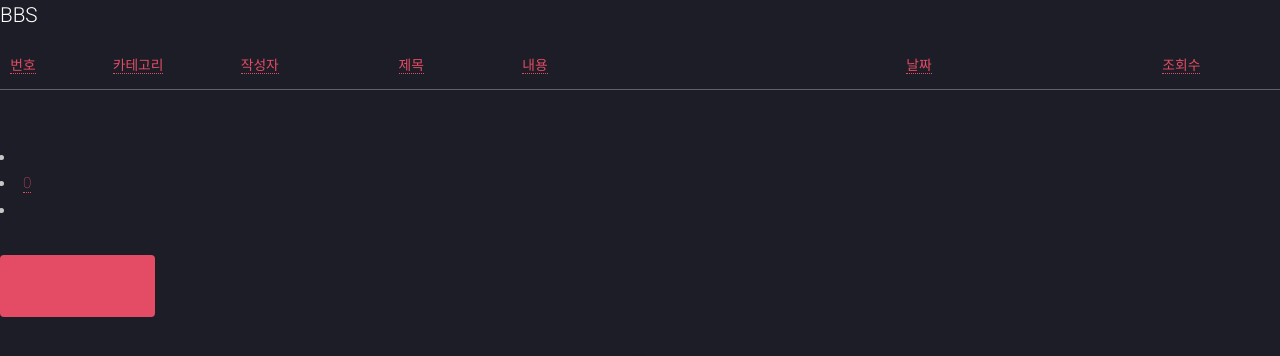
Repository: worMholEamkim/SpringEX
Page: http://localhost/bbs/bbs.do?page=0
The author's editor kept a copy of each file at every save. The page is drawn from the files as they stood at one save, then again after the next save.
The browser window is 1280 px wide. The pictures show the whole page.
The page is served by Tomcat 9. Other server files are loaded and not shown. Queries for data that is not in the repository find no rows.

Above is the page before, as saved 2019-03-15 03:17:59.

### JSP_WepPage_Server-master.zip_expanded/JSP_WepPage_Server-master/bbs/WebContent/WEB-INF/bbs.jsp
<%@ page language="java" contentType="text/html; charset=UTF-8"
    pageEncoding="UTF-8"%>
<%@ taglib prefix="c" uri="http://java.sun.com/jsp/jstl/core"%>
<!DOCTYPE HTML>
<html>
	<head>
		<title>Landed by HTML5 UP</title>
		<meta charset="utf-8" />
		<meta name="viewport" content="width=device-width, initial-scale=1, user-scalable=no" />
		<link rel="stylesheet" href="assets/css/main.css" />
	</head>
		<body class="is-preload landing">
						<!-- Table -->
							<section>
								<h3>BBS</h3>
								<div class="table-wrapper">
									<table>
										<thead>
											<tr>
												<th width="8%" align="center">
													<a href='bbs.do?id=BBSID'>번호</a></th>
												<th width="10%" align="center">
													<a href='bbs.do?id=BBSCATEGORY'>카테고리</a></th>
												<th align="center">
													<a href='bbs.do?id=ID'>작성자</a></th>
												<th align="center">
													<a href='bbs.do?id=BBSTITLE'>제목</a></th>
												<th width="30%" align="center">
													<a href='bbs.do?id=BBSCONTENT'>내용</a></th>
												<th width="20%" align="center">
													<a href='bbs.do?id=BBSDATE'>날짜</a></th>
												<th width="10%" align="center">
													<a href='bbs.do?id=BBSHIT'>조회수</a></th>

											</tr>
										</thead>
										<tbody>
											<c:forEach var="bbs" items="${list}" >
												<td align="center"><a href='bbsview.do?id=${bbs.bbsId}'>${bbs.bbsId}</a></td>
												<td align="right"><c:choose>
													<c:when test="${bbs.bbsCategory=='math'}">수학</c:when>
													<c:when test="${bbs.bbsCategory=='enjoy'}">여행</c:when>
													<c:when test="${bbs.bbsCategory=='pic'}">사진</c:when>
													<c:when test="${bbs.bbsCategory=='java'}">java</c:when>
													<c:when test="${bbs.bbsCategory=='web'}">웹프로그래밍</c:when>
													<c:when test="${bbs.bbsCategory=='estate'}">부동산</c:when>
													<c:when test="${bbs.bbsCategory=='food'}">음식</c:when>
													<c:when test="${bbs.bbsCategory=='common'}">상식</c:when>

													</c:choose></td>
												<td align="right">${bbs.id}</td>
												<td align="right"><a href='bbsview.do?id=${bbs.bbsId}'>
														<b>${bbs.bbsTitle}</b> </a></td>
												<td align="right"><a href='bbsview.do?id=${bbs.bbsId}'>
														<b>${bbs.bbsContent} </b></a></td>
												<td align="right">${bbs.bbsDate}</td>
												<td align="right">${bbs.bbsHit}</td>
												</tr>
											</c:forEach>
										</tbody>

										<tfoot>
											<tr>
												<td colspan="2"></td>
											</tr>
										</tfoot>
									</table>
									<ul class="pager">
										<li class="previous">
											<c:if test='${startPage>1}'>
												<!--  test 뒷부분에 조건을 단다  -->
												<a href='bbs.do?page=${startPage-10}'>이전</a>
											</c:if>
										</li>
										<li>
											<c:forEach begin="${startPage}" end="${endPage}" var="p">
												<a href='bbs.do?page=${p}'>${p}</a>
											</c:forEach>
										</li>
										<li class="next">
											<c:if test='${hasNext==true}'>
												<a href='bbs.do?page=${startPage+10}'>다음</a>
											</c:if>
										</li>
									</ul>
								</div>
								<c:if test='${sessionID!=null}'>
									<div class="w3-panel">
										<button class="button primary large" style="color:white">
											<a href='bbsupload2.do'>WRITE</a>
										</button>
									</div>
								</c:if>
								<div class="w3-panel">
									<button class="button primary large" style="color:white">
										<a href='home.do'>HOME</a>
									</button>
								</div>
								<div align="center">

									<c:if test='${resultBbs >= 1}'>
										<div class="w3-panel">
											<button class="w3-button w3-black" width="10%">
												글쓰기 성공
											</button>
										</div>
									</c:if>
									<c:if test='${resultBbs < 1}'>
										<div class="w3-panel">
											<button class="w3-button w3-red" width="10%">
											 글쓰기 실패
											</button>
										</div>
									</c:if>

									<c:if test='${deleteResult >= 1}'>
										<div class="w3-panel">
											<button class="w3-button w3-black" width="10%">
												글삭제 성공
											</button>
										</div>
									</c:if>
									<c:if test='${deleteResult < 1}'>
										<div class="w3-panel">
											<button class="w3-button w3-red" width="10%">
											 글삭제 실패
											</button>
										</div>
									</c:if>

										<c:if test='${updateBbsResult >= 1}'>
										<div class="w3-panel">
											<button class="w3-button w3-black" width="10%">
												글수정 성공
											</button>
										</div>
									</c:if>
									<c:if test='${updateBbsResult < 1}'>
										<div class="w3-panel">
											<button class="w3-button w3-red" width="10%">
											 글수정 실패
											</button>
										</div>
									</c:if>
								</div>

							</section>








		<!-- Scripts -->
			<script src="assets/js/jquery.min.js"></script>
			<script src="assets/js/jquery.scrolly.min.js"></script>
			<script src="assets/js/jquery.dropotron.min.js"></script>
			<script src="assets/js/jquery.scrollex.min.js"></script>
			<script src="assets/js/browser.min.js"></script>
			<script src="assets/js/breakpoints.min.js"></script>
			<script src="assets/js/util.js"></script>
			<script src="assets/js/main.js"></script>


	</body>
</html>

### JSP_WepPage_Server-master.zip_expanded/JSP_WepPage_Server-master/bbs/src/com/jsp/controller/BbsController.java
package com.jsp.controller;

import java.io.IOException;
import java.util.List;

import javax.servlet.RequestDispatcher;
import javax.servlet.ServletException;
import javax.servlet.http.HttpServlet;
import javax.servlet.http.HttpServletRequest;
import javax.servlet.http.HttpServletResponse;

import com.jsp.dao.BbsDao;
import com.jsp.dto.BbsDto;

public class BbsController extends HttpServlet {

	@Override
	protected void doGet(HttpServletRequest req, HttpServletResponse resp) throws ServletException, IOException {
		process(req, resp);
	}

	@Override
	protected void doPost(HttpServletRequest req, HttpServletResponse resp) throws ServletException, IOException {
		process(req, resp);
	}
	private void process(HttpServletRequest req, HttpServletResponse resp) throws ServletException, IOException {

		String page = req.getParameter("page");
		String bbsColum = req.getParameter("id");

		if(bbsColum==null || bbsColum.trim().contentEquals("")) {
			bbsColum="BBSID";
		}
		if(page==null || page.trim().contentEquals("")) {
			page="1";
		}
		int nowPage = Integer.parseInt(page);

		int startNum = 0;

		int endNum = 0;

		int perpage = 20;

		endNum = 0;
		startNum = endNum - 19;

		BbsDao bbsDao = BbsDao.getInstance();
		List<BbsDto> list = bbsDao.selectAll(startNum, perpage);

		req.setAttribute("list", list);


		RequestDispatcher rd = req.getRequestDispatcher(
				"/WEB-INF/bbs.jsp");
		rd.forward(req, resp);
	}
}

### JSP_WepPage_Server-master.zip_expanded/JSP_WepPage_Server-master/bbs/src/com/jsp/dao/BbsDao.java
package com.jsp.dao;

import java.sql.Connection;
import java.sql.DriverManager;
import java.sql.PreparedStatement;
import java.sql.ResultSet;
import java.sql.SQLException;
import java.util.ArrayList;
import java.util.List;

import com.jsp.dto.BbsDto;

public class BbsDao {

	private static BbsDao bbsDao;
	private Connection conn;
	private PreparedStatement pstmt;
	private int result;
	private ResultSet rs;
	private List<BbsDto> bbsList;


	private BbsDao() {
	}



	public static synchronized BbsDao getInstance() {
		if(bbsDao == null) {
			bbsDao = new BbsDao();
	}
		return bbsDao;
	}
	public Connection getConnect() {
		String url = "jdbc:oracle:thin:@localhost:1521:xe";
		String id = "BIG";
		String pw ="1234";
		try {
			Class.forName("core.log.jdbc.driver.OracleDriver");
			conn = DriverManager.getConnection(url, id, pw);

		} catch(ClassNotFoundException e) {
			e.printStackTrace();
		} catch(SQLException e) {
			e.printStackTrace();
		}
		return conn;
	}

	public BbsDto selectById(String id) {

		// id 확인
		//System.out.println("dao에서 id = " + id);
		BbsDto bbsDto = new BbsDto();
		//System.out.println("왜");
		conn = this.getConnect();
		//System.out.println("에러가난거야 쉬뱌ㅠㅠ");

		StringBuffer query = new StringBuffer();
		query.append("SELECT *");
		query.append(" FROM BBS");
		query.append(" WHERE BBSID=? ");

		try {
			//System.out.println("양심적으로 try문은 들어가야지?");
			pstmt = conn.prepareStatement(query.toString());
			pstmt.setString(1, id);

			//System.out.println("설마 여긴가?");
			rs = pstmt.executeQuery();
			// rs 확인
			//System.out.println("dao에서 " + rs);
			while (rs.next()) {

				bbsDto.setId(rs.getString("ID"));
				bbsDto.setBbsId(rs.getString("BBSID"));
				bbsDto.setBbsTitle(rs.getString("BBSTITLE"));
				bbsDto.setBbsDate(rs.getString("BBSDATE"));
				bbsDto.setBbsCategory(rs.getString("BBSCATEGORY"));
				bbsDto.setBbsContent(rs.getString("BBSCONTENT"));
				bbsDto.setBbsHit(rs.getString("BBSHIT"));
				//System.out.println(bbsDto.toString());
			}
		} catch (SQLException e) {

		} finally {
			this.close(conn, pstmt, null);
		}
		return bbsDto;
	}


	public BbsDto selectBeforeById(String id) {

		BbsDto bbsDto = new BbsDto();
		conn = this.getConnect();
		StringBuffer query = new StringBuffer();

		query.append("SELECT * FROM BBS WHERE BBSID IN ");
		query.append(" ((SELECT MAX(BBSID) FROM BBS ");
		query.append(" WHERE BBSID < ? ))");
		try {
			pstmt = conn.prepareStatement(query.toString());
			pstmt.setString(1, id);
			rs = pstmt.executeQuery();

			while(rs.next()) {
				bbsDto.setId(rs.getString("ID"));
				bbsDto.setBbsId(rs.getString("BBSID"));
				bbsDto.setBbsTitle(rs.getString("BBSTITLE"));
				bbsDto.setBbsDate(rs.getString("BBSDATE"));
				bbsDto.setBbsCategory(rs.getString("BBSCATEGORY"));
				bbsDto.setBbsContent(rs.getString("BBSCONTENT"));
				bbsDto.setBbsHit(rs.getString("BBSHIT"));
			}
		} catch (SQLException e) {

		} finally {
			this.close(conn, pstmt, null);
		}
		return bbsDto;
	}


	public BbsDto selectAfterById(String id) {

		BbsDto	bbsDto = new BbsDto();
		conn = this.getConnect();
		StringBuffer query = new StringBuffer();

		query.append("SELECT * FROM BBS WHERE BBSID IN ");
		query.append(" ((SELECT MIN(BBSID) FROM BBS ");
		query.append(" WHERE BBSID > ? )) ");
		try {
			pstmt = conn.prepareStatement(query.toString());
			pstmt.setString(1, id);
			rs = pstmt.executeQuery();

			while(rs.next()) {
				bbsDto.setId(rs.getString("ID"));
				bbsDto.setBbsId(rs.getString("BBSID"));
				bbsDto.setBbsTitle(rs.getString("BBSTITLE"));
				bbsDto.setBbsDate(rs.getString("BBSDATE"));
				bbsDto.setBbsCategory(rs.getString("BBSCATEGORY"));
				bbsDto.setBbsContent(rs.getString("BBSCONTENT"));
				bbsDto.setBbsHit(rs.getString("BBSHIT"));
			}
		} catch (SQLException e) {

		} finally {
			this.close(conn, pstmt, null);
		}
		return bbsDto;
	}


	public int hitUpdate(String id) {

		conn = this.getConnect();
		StringBuffer query = new StringBuffer();
		query.append("UPDATE BBS SET BBSHIT = BBSHIT +1 WHERE BBSID=?");
			try {
				pstmt = conn.prepareStatement(query.toString());
				pstmt.setString(1, id);
				result = pstmt.executeUpdate();
			} catch(SQLException e1) {
	}
			finally {
				this.close(conn, pstmt, null);
			}
			return result;
	}

	public int hitUpdate(Connection conn, String id) {

			conn = this.getConnect();
			StringBuffer query = new StringBuffer();
			query.append("UPDATE BBS SET BBSHIT = BBSHIT +1 WHERE BBSID=?");
				try {
					pstmt = conn.prepareStatement(query.toString());
					pstmt.setString(1, id);
					result = pstmt.executeUpdate();
				} catch(SQLException e1) {
		}
				finally {
					this.close(conn, pstmt, null);
				}
				return result;
		}



	public int update(BbsDto bbsDto) {

		conn = this.getConnect();
		StringBuffer query = new StringBuffer();
		query.append("UPDATE BBS SET ");
		query.append(" BBTITLE=?, BBSCATEGORY=?, BBSCONTENT=?");
		query.append(" WHERE BBSID=?");
			try {
				pstmt = conn.prepareStatement(query.toString());
				pstmt.setString(1, bbsDto.getBbsTitle());
				pstmt.setString(2, bbsDto.getBbsCategory());
				pstmt.setString(3, bbsDto.getBbsContent());
				pstmt.setString(4, bbsDto.getBbsId());

				result = pstmt.executeUpdate();
			} catch (SQLException e1) {

			} finally {
				this.close(conn, pstmt, null);
			}
			return result;
	}


	public int insert(BbsDto bbsDto) {

		conn = this.getConnect();
		StringBuffer query = new StringBuffer();
		query.append("INSERT INTO BBS(BBSID, ID, BBSTITLE, BBSDATE, BBSCATEGORY, BBSCONTENT, BBSHIT)");
		query.append(" VALUES (bbs_seq.nextval ,? ,? ,sysdate,? ,? ,0 )");

		try {
			pstmt = conn.prepareStatement(query.toString());
			pstmt.setString(1, bbsDto.getId());
			pstmt.setString(2, bbsDto.getBbsTitle());
			pstmt.setString(3, bbsDto.getBbsCategory());
			pstmt.setString(4, bbsDto.getBbsContent());

			result = pstmt.executeUpdate();

		} catch (SQLException e) {
			e.printStackTrace();
		} finally {
			this.close(conn, pstmt, null);
		}
		return result;
	}


	public int insertOracle(BbsDto bbsDto) {

		conn = this.getConnect();
		StringBuffer query = new StringBuffer();
		query.append("INSERT INTO BBS(BBSID, ID, BBSTITLE, BBSDATE, BBSCATEGORY, BBSCONTENT, BBSHIT)");
		query.append(" VALUES(BBS_SEQ.BEXTVAL, ? ,? ,NOW(), ?, ?, 0 )");

		try {
			pstmt = conn.prepareStatement(query.toString());
			pstmt.setString(1,  bbsDto.getId());
			pstmt.setString(2,  bbsDto.getBbsTitle());
			pstmt.setString(3,  bbsDto.getBbsCategory());
			pstmt.setString(4,  bbsDto.getBbsContent());

			result = pstmt.executeUpdate();
		} catch (SQLException e) {
			e.printStackTrace();
		} finally {
			this.close(conn, pstmt, null);
		}
		return result;
	}


	public List<BbsDto> selectAll(int startNum, int perpage) {
		bbsList = new ArrayList<>();
		conn = this.getConnect();
		StringBuffer query = new StringBuffer();
		query.append("SELECT T2.*");
		query.append("	FROM (SELECT ROWNUM R2, T.*");
		query.append("	FROM (SELECT BBSID, ID, substr(BBSTITLE, 1, 10) BBSTITLE, BBSDATE,");
		query.append("BBSCATEGORY, substr(BBSCONTENT, 1, 15) BBSCONTENT, BBSHIT ");
		query.append(" FROM BBS ORDER BY BBSID DESC ) T) T2 ");
		query.append("WHERE T2.R2 BETWEEN ? AND ?");

		try {
			pstmt = conn.prepareStatement(query.toString());
			pstmt.setInt(1, startNum - 1);
			pstmt.setInt(2, perpage);


			rs = pstmt.executeQuery();
			while (rs.next()) {
				BbsDto bbsDto = new BbsDto();

				bbsDto.setId(rs.getString("ID"));
				bbsDto.setBbsId(rs.getString("BBSID"));
				bbsDto.setBbsTitle(rs.getString("BBSTITLE"));
				bbsDto.setBbsDate(rs.getString("BBSDATE"));
				bbsDto.setBbsCategory(rs.getString("BBSCATEGORY"));
				bbsDto.setBbsContent(rs.getString("BBSCONTENT"));
				bbsDto.setBbsHit(rs.getString("BBSHIT"));

				bbsList.add(bbsDto);
			}
			} catch(SQLException e) {
				e.printStackTrace();
		}	return bbsList;
}


	public int delete(int id) {

		conn = this.getConnect();
		StringBuffer query = new StringBuffer();

		try {

			query.append("DELETE FROM BBS");
			query.append(" WHERE BBSID = ?");
			pstmt = conn.prepareStatement(query.toString());
			pstmt.setInt(1,  id);
			int result = pstmt.executeUpdate();

			return result;
		} catch (SQLException e) {
			e.printStackTrace();
		} finally {
			this.close(conn, pstmt, null);
		}
		return -1;
	}



	public int getTotalCount() {

		conn = this.getConnect();
		StringBuffer query = new StringBuffer();
		query.append("SELECT count(*)");
		query.append(" FROM BBS");

		try {
			pstmt = conn.prepareStatement(query.toString());
			rs = pstmt.executeQuery();

			if(rs.next()) {
				return rs.getInt("count(*)");
			}
		} catch (SQLException e) {
			e.printStackTrace();
		} finally {
			this.close(conn, pstmt, rs);
		}
		return -1;
	}


	public void close(Connection conn, PreparedStatement stmt, ResultSet rs) {
		if (rs != null) {
			try {
				rs.close();
			} catch (SQLException e) {
			}
		}
		if (stmt != null) {
			try {
				stmt.close();
			} catch (SQLException e) {
			}
		}
		if (conn != null) {
			try {
				conn.close();
			} catch (SQLException e) {
			}
		}
	}

	public static void main(String[] args) {
		BbsDao mDao = BbsDao.getInstance();
	}


}

Loaded but not shown: JSP_WepPage_Server-master.zip_expanded/JSP_WepPage_Server-master/bbs/WebContent/assets/js/jquery.min.js (library); JSP_WepPage_Server-master.zip_expanded/JSP_WepPage_Server-master/bbs/WebContent/assets/js/jquery.scrolly.min.js (common file); JSP_WepPage_Server-master.zip_expanded/JSP_WepPage_Server-master/bbs/WebContent/assets/js/jquery.dropotron.min.js (library); JSP_WepPage_Server-master.zip_expanded/JSP_WepPage_Server-master/bbs/WebContent/assets/js/jquery.scrollex.min.js (common file); JSP_WepPage_Server-master.zip_expanded/JSP_WepPage_Server-master/bbs/WebContent/assets/js/browser.min.js (common file); JSP_WepPage_Server-master.zip_expanded/JSP_WepPage_Server-master/bbs/WebContent/assets/js/breakpoints.min.js (common file); JSP_WepPage_Server-master.zip_expanded/JSP_WepPage_Server-master/bbs/WebContent/assets/css/font-awesome.min.css (library); JSP_WepPage_Server-master.zip_expanded/JSP_WepPage_Server-master/bbs/WebContent/assets/js/util.js (587 lines, source omitted); JSP_WepPage_Server-master.zip_expanded/JSP_WepPage_Server-master/bbs/WebContent/assets/js/main.js (250 lines, source omitted); JSP_WepPage_Server-master.zip_expanded/JSP_WepPage_Server-master/bbs/WebContent/assets/css/main.css (4070 lines, source omitted)

After the next save:
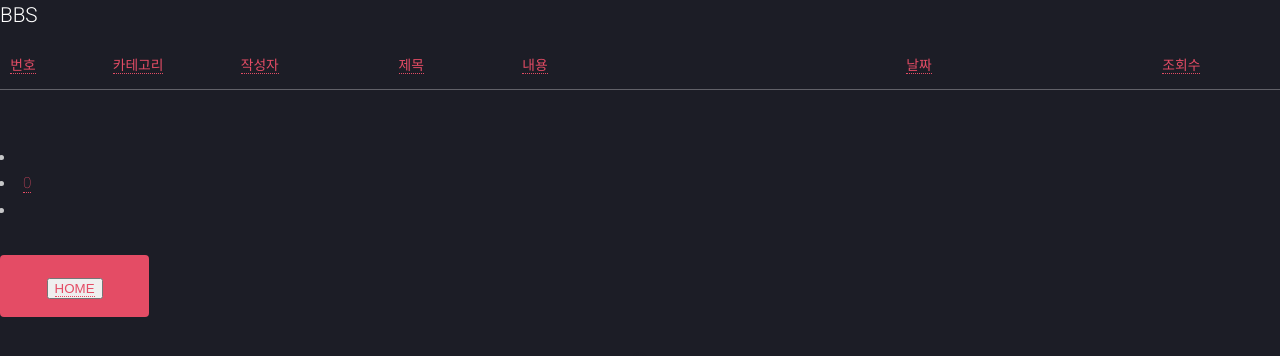
Saved 16 s later.
--- a/JSP_WepPage_Server-master.zip_expanded/JSP_WepPage_Server-master/bbs/WebContent/WEB-INF/bbs.jsp
+++ b/JSP_WepPage_Server-master.zip_expanded/JSP_WepPage_Server-master/bbs/WebContent/WEB-INF/bbs.jsp
@@ -85,14 +85,14 @@
 									</ul>
 								</div>
 								<c:if test='${sessionID!=null}'>
-									<div class="w3-panel">
-										<button class="button primary large" style="color:white">
+									<div class="button primary large" >
+										<button class=style="color:white">
 											<a href='bbsupload2.do'>WRITE</a>
 										</button>
 									</div>
 								</c:if>
-								<div class="w3-panel">
-									<button class="button primary large" style="color:white">
+								<div class="button primary large">
+									<button class= style="color:white">
 										<a href='home.do'>HOME</a>
 									</button>
 								</div>
